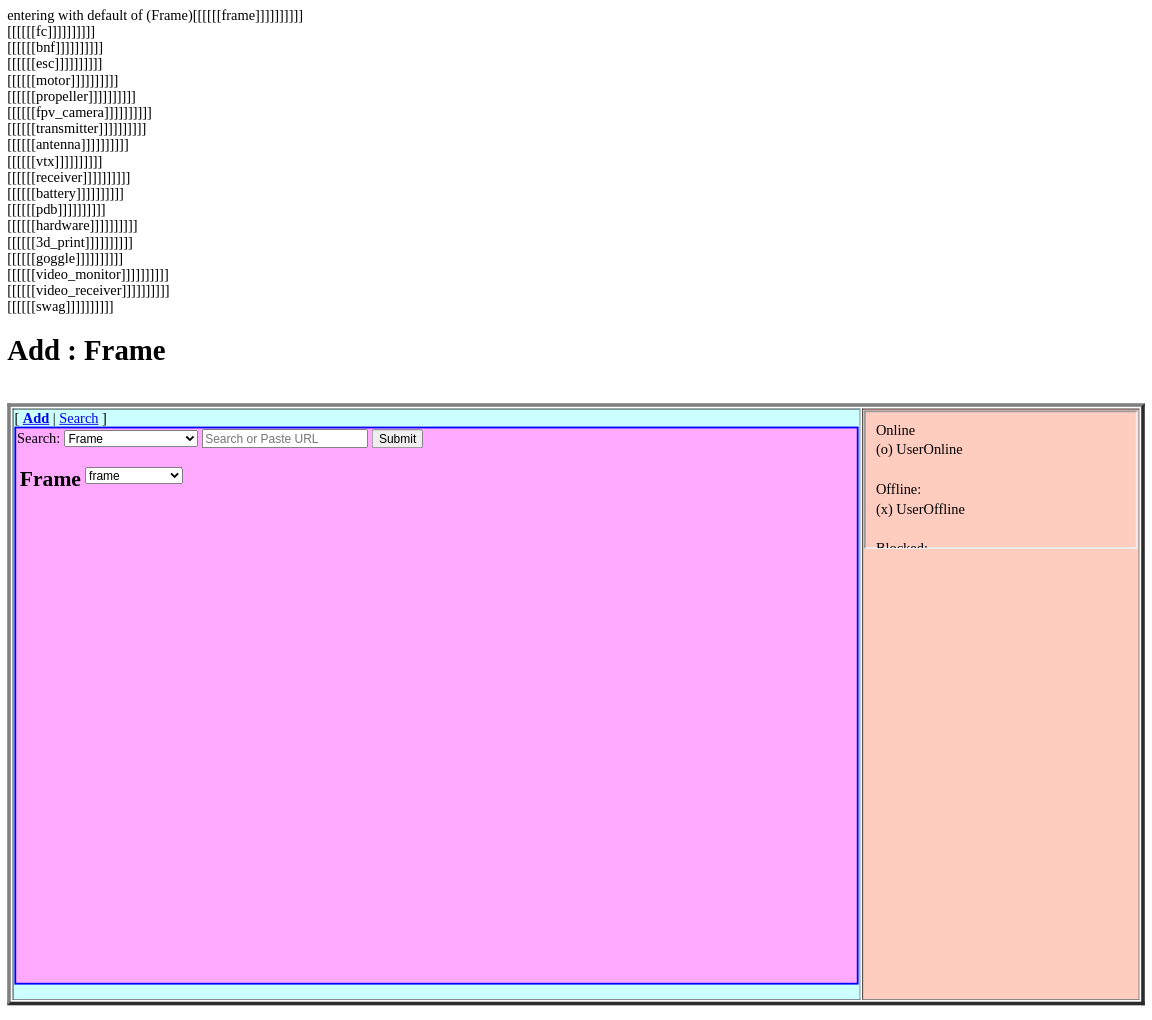
Repository: nevinleiby/SwapRC
Page: http://localhost/add_interface.php
These files come from the project's save history. The page is drawn as it stood at one moment and after the next save; the edit follows.
The browser window is 1280 px wide. The pictures show the whole page, at 90% of full size.
The page is run by PHP 8.4 with error messages shown; the project is at /var/www/html/. Queries for data that is not in the repository find no rows.

Above is the page before, as saved 2019-09-09 12:04:02.
Console error (its wording comes from the project's code and is left out).

### add_interface.php
<?php
    require_once 'login_cobalt.php';
    $connection = new mysqli($hn, $un, $pw, $db);
    if ($connection->connect_error) die ("Fatal Error");

    //$categories =    array (
    //        'frame',
    //        'fc',
    //        'bnf',
    //        'esc',
    //        'motor',
    //        'propeller',
    //    'fpv_camera',
    //    'transmitter',
    //    'antenna',
    //    'vtx',
    //    'receiver',
    //    'battery',
    //    'pdb',
    //    'hardware',
    //    '3d_print',
    //    'goggle',
    //    'video_monitor',
    //    'video_receiver',
    //    'swag'
    //);


    // Define categories:
    $categories =    [
        'frame' => 'frame',
        'fc' => 'fc',
        'bnf' => 'bnf',
        'esc' => 'esc',
        'motor' => 'motor',
        'propeller' => 'propeller',
        'fpv_camera' => 'fpv_camera',
        'transmitter' => 'transmitter',
        'antenna' => 'antenna',
        'vtx' => 'vtx',
        'receiver' => 'receiver',
        'battery' => 'battery',
        'pdb' => 'pdb',
        'hardware' => 'hardware',
        '3d_print' => '3d_print',
        'goggle' => 'goggle',
        'video_monitor' => 'video_monitor',
        'video_receiver' => 'video_receiver',
        'swag' => 'swag'   ,
    ];


    //echo '==================' . isset($_POST['category']) . '=================<br>';
    if (isset($_POST['category']))
    {
        $q_category = $_POST['category'];
        $q_category = strip_tags($q_category);

        switch ($q_category)
        {
            case "frame":
                $table_name = 'frame';
                break;
            case "fc":
                $table_name = 'fc';
                break;
            case "bnf":
                $table_name = 'bnf';
                break;
            case "esc":
                $table_name = 'esc';
                break;
            case "motor":
                $table_name = 'motor';
                break;
            case "propeller":
                $table_name = 'propeller';
                break;
            case "fpv_camera":
                $table_name = 'fpv_camera';
                break;
            case "transmitter":
                $table_name = 'transmitter';
                break;
            case "antenna":
                $table_name = 'antenna';
                break;
            case "vtx":
                $table_name = 'vtx';
                break;
            case "receiver":
                $table_name = 'receiver';
                break;
            case "battery":
                $table_name = 'battery';
                break;
            case "pdb":
                $table_name = 'pdb';
                break;
            case "hardware":
                $table_name = 'hardware';
                break;
            case "3d_print":
                $table_name = '3d_print';
                break;
            case "goggle":
                $table_name = 'goggle';
                break;
            case "3d_print":
                $table_name = '3d_print';
                break;
            case "video_monitor":
                $table_name = 'video_monitor';
                break;
            case "video_receiver":
                $table_name = 'video_receiver';
                break;
            case "swag":
                $table_name = 'swag';
                break;
            default:
                $table_name = 'frame';
                break;
        }
    }
    else
    {
        $table_name = 'frame';
    }
    $category = ucfirst ($table_name);

    //echo '--------------9' . $table_name . '9---------------<br>';


    $query = "SELECT * FROM $table_name";
    $result = $connection->query($query);

    if (! $result) die ("Fatal Error");
    $number_of_rows = $result->num_rows;
    //echo "((($row)))<br>";


    //echo "<br><br>STARTING DATA EXTRACTION [<br>";


    // Step through each result:
    //for ($j = 0; $j < $rows ; ++$j)
    //{
    //   $result->data_seek($j);
    //    //echo .htmlspecialchars ($result->fetch_assoc()['test']) . '<br>';
    //    echo "((" . htmlspecialchars($result->fetch_assoc()['frequency']) . '))<br>';
    //    $result->data_seek($j);
    //    echo "((" . htmlspecialchars($result->fetch_assoc()['number_of_channels']) . '))<br>';
    //}


    //// Step through each result:
    for ($j = 0; $j < $number_of_rows ; ++$j)
    {
        $row = $result->fetch_array(MYSQLI_NUM);

        //echo "((" . htmlspecialchars($row['frequency']) . '))<br>';
        //echo print_f($row);
        for ($item = 0; $item < 10; ++$item)
        {
            echo "Item $item: " . htmlspecialchars($row[$item]) . "<br>\n";
        }

    }
    //echo "]ENDED EXTRACTION<br>";



    /////////////////////////////////////////////////////////////////////////////////////////////////////////////
    /////////////////////////////////////////////////////////////////////////////////////////////////////////////
    /////////////////////////////////////////////////////////////////////////////////////////////////////////////

    //////////////////////////////
    // TRY TO GET TABLE COLUMNS
    //    https://www.codexworld.com/how-to/get-column-names-from-table-in-mysql-php/
    //
    // Ultimately worked by following:
    //    https://stackoverflow.com/questions/4165195/mysql-query-to-get-column-names/4165253
    /////////////////////////////


    // Query to get columns from table
    //$result = $connection->query("SELECT COLUMN_NAME FROM INFORMATION_SCHEMA.COLUMNS WHERE TABLE_SCHEMA = '$db' AND TABLE_NAME = '$table_name'");

    // single column name:
    //$next_row = $result->fetch_assoc();
    //echo $next_row;

    //$next_row = $result->fetch_assoc();
    //echo "<br>ROW: |$next_row|<br>";
    //foreach ($next_row as $column_name)

    //only grabs the first column name:
    //foreach ($next_row = $result->fetch_assoc() as $column_name)
    //{
    //    //$result[] = $next_row;
    //    echo "<br>ROW: |$next_row|[$column_name]<br>";
    //    foreach ($next_row as $column_name_item)
    //    {
    //        echo "-----|$column_name_item|----<br>";
    //    }
    //}

    // Only selects the first column name:
    //foreach ($next_row = $result->fetch_assoc() as $column_name)
    //{
    //    $columns[] = $next_row;
    //    echo "<br>=|$next_row|=<br>";
    //    echo "<br>=|" . $columns[0] . "|=<br>";
    //    print_r ($columns);

    //    // Still grabs only first column name:
    //    //foreach ($columns as $column_name)
    //    //{
    //    //    echo "-=|$column_name|=-<br>";
    //    //}

    //   for ($column_number = 0; $column_number <= 2; $column_number++)
    //    {
    //        echo "====*" . $columns[$column_number] . "*======<br>";
    //    }
    //}


    ///////////// WORKS!!!!!!!!!!!!!!!!!!!!!!!!!!!!
    /// https://stackoverflow.com/questions/4165195/mysql-query-to-get-column-names/4165253
    //$sql = "SHOW COLUMNS FROM $table_name";
    //$result = mysqli_query($connection,$sql);
    //while($row = mysqli_fetch_array($result)){
    //    echo $row['Field']."<br>";
    //}


    // Grab each column name:
    //     (likely could be optomized by INFORMATION_SCHEMA.COLUMNS WHERE TABLE_SCHEMA methology)
    //
    // WORKS!!!!!
    /// https://stackoverflow.com/questions/4165195/mysql-query-to-get-column-names/4165253

    $query = "SHOW COLUMNS FROM $table_name";
    $result = $connection->query($query);

    $search_input_text = '';
    while($row = mysqli_fetch_array($result))
    {
        //echo $row['Field']."<br>";
        //echo '<input onClick="this.select();" type=text name="' . $row['Field'] . '" placeholder="' . $row['Field'] . '"><br>';
        $search_input_text .= '<input onClick="this.select();" type=text name="' . $row['Field'] . '" placeholder="' . $row['Field'] . '"><br>';
    }


    // Read all of the column names:
    //foreach ($next_row = $result->fetch_assoc())
    //{
    //    echo $next_row;
    //}


    //while ($next_row = $result->fetch_assoc())
    //{
    //    $result[] = $next_row;
    //    echo $next_row;
    //}

    // Array of all column names
    //$columnArr = array_column($result, 'COLUMN_NAME');

    /////////////////////////////////////////////////////////////////////////////////////////////////////////////
    /////////////////////////////////////////////////////////////////////////////////////////////////////////////
    /////////////////////////////////////////////////////////////////////////////////////////////////////////////


    // Now generate the available options:
    $select_options_text = select_item($category, $categories);






    $result->close();
    $connection->close();

    ///////////////////////////////////
    // Function definitions
    ///////////////////////////////////
    function get_post ($connection, $var)
    {
        return $connection->real_escape_string($_POST[$var]);
    }


    function select_item ($category, &$categories)
    {

            //echo "category=($category), categories=(" . $categories['vtx'] . ')<br>';
            echo "entering with default of ($category)";

            $return_text = '';
            //foreach ($categories as &$curr_category)
            //for ($i = 0; $i <= $categories; $i++)
            //for ($i = 0; $i <= 2; $i++)
            foreach ($categories as $curr_category)
            {
                $curr_category = $categories[$curr_category];
                //$curr_category = $categories[$i];
                //echo '[[[[' . $categories[2] . ']]]';
                echo '[[[[[[' . $categories[$curr_category] . ']]]]]]]]]]<br>';

                $return_text .= '<option value = "' . $curr_category . '"';

                if ($curr_category == $category)
                {
                    $return_text .= ' SELECTED ';
                    echo 'SELECTED ' . $curr_category . "<br>";

                }

                $return_text .= '>' . $curr_category . '</option>' ."\n";
            }

            return $return_text;
    }



    function add_item ($category)
    {
        switch ($category)
        {
            case "frame":

                break;
            case "fc":

                break;
            case "bnf":

                break;
            case "esc":
                break;
            case "motor":

                break;
            case "propeller":

                break;
            case "fpv_camera":

                break;
            case "transmitter":

                break;
            case "antenna":

                break;
            case "vtx":

                break;
            case "receiver":

                break;
            case "battery":

                break;
            case "pdb":

                break;
            case "hardware":

                break;
            case "3d_print":

                break;
            case "goggle":

                break;
            case "3d_print":

                break;
            case "video_monitor":

                break;
            case "video_receiver":

                break;
            case "swag":

                break;
            default:

                break;
        }
    }




echo <<<_END
<html>
    <title>
        SwapRC:Add
    </title>
    <body>
            <h1>Add : $category</h1>
            <form action="add_interface.php" method="post">

            <br>
            <table border=4 width=100% height=95%>
                <tr border=4 height=95%>
                    <td width = 80% border=2 bgcolor="#ccffff" valign=top height=95%>
                        [
                        <b><a href="./add_interface.php">Add</a></b> |
                        <a href="./search_interface.php">Search</a>
                        ]


                        <br>
                        <table width=100% height=95% bgcolor=blue>
                            <tr height=95% style="height:95%">
                                <td valign=top bgcolor="#ffaaff" style="height:95%">
                                    Search:
                                    <select name="category">
                                            <option value = "frame">Frame</option>
                                            <option value = "fc">Flight Controller</option>
                                            <option value = "esc">ESC</option>
                                            <option value = "motor">Motors</option>
                                            <option value = "propeller">Propeller</option>
                                            <option value = "fpv_camera">FPV Camera</option>
                                            <option value = "transmitter">Transmitter</option>
                                            <option value = "antenna">Antenna</option>
                                            <option value = "vtx">VTX</option>
                                            <option value = "receiver">Receiver</option>
                                            <option value = "battery">Battery</option>
                                            <option value = "pdb">PDB</option>
                                            <option value = "hardware">Hardware</option>
                                            <option value = "3d_print">3D Prints</option>
                                            <option value = "goggle">FPV Goggles</option>
                                            <option value = "bnf">BNF frames</option>
                                            <option value = "video_monitor">FPV Video Monitors</option>
                                            <option value = "video_receiver">FPV Video Receivers</option>
                                            <option value = "swag">Swag</option>
                                    </select>
                                    <input onClick="this.select(); type=text name="Name" placeholder="Search or Paste URL">
                                    <input type=submit name="submit">

                                    <br><br>
                                    <table>
                                        <tr>
                                            <td valign=top>
                                                <h2>$category</h2>
                                            </td>
                                            <td valign=top>
                                                $search_input_text



                                                <select name="category2">
                                                    $select_options_text
                                                </select>
                                            </td>
                                        </tr>
                                    </table>

                                </td>




                            </tr>
                        </table>
                        </form>

                    </td>
                    <td border=2 bgcolor="ffccccc" valign=top height=95%>
                        <frameset>
                            <iframe src="./frame_users.html">
                        </frameset>
                    </td>
                </tr>
            </table>
    </body>

</html>
_END;
?>

### login_cobalt.php
<?php
    // login_cobalt.php
    $hn = 'localhost';
    $db = 'swaprc';
    $un = 'nevin';
    $pw = 'kdie4all';
?>

### frame_users.html
<html>
    <title>
        SwapRC : Users
    </title>
    <body>
        <table>
            <tr><td>Online</td></tr>
            <tr><td>(o) UserOnline</td></tr>

            <tr><td>&nbsp;</td></tr>
            <tr><td>Offline:</td></tr>
            <tr><td>(x) UserOffline</td></tr>

            <tr><td>&nbsp;</td></tr>
            <tr><td>Blocked:</td></tr>
            <tr><td>(b) UserBlocked</td></tr>

        </table>
    </body>
</html>

After the next save:
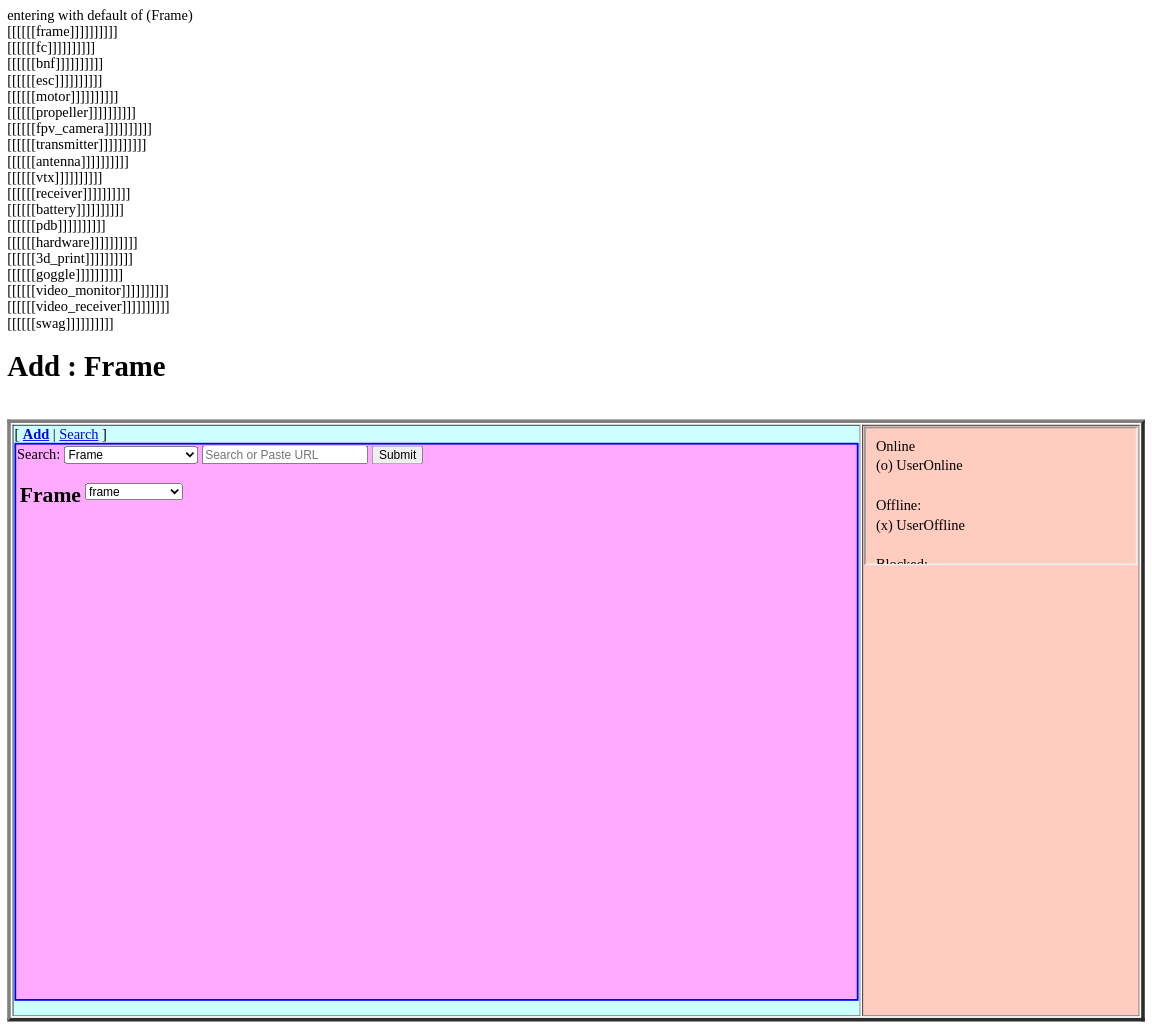
Saved 22 s later.
--- a/add_interface.php
+++ b/add_interface.php
@@ -310,14 +310,14 @@
                 $curr_category = $categories[$curr_category];
                 //$curr_category = $categories[$i];
                 //echo '[[[[' . $categories[2] . ']]]';
-                echo '[[[[[[' . $categories[$curr_category] . ']]]]]]]]]]<br>';
+                echo '<br>[[[[[[' . $categories[$curr_category] . ']]]]]]]]]]';
 
                 $return_text .= '<option value = "' . $curr_category . '"';
 
                 if ($curr_category == $category)
                 {
                     $return_text .= ' SELECTED ';
-                    echo 'SELECTED ' . $curr_category . "<br>";
+                    echo '<br>SELECTED ' . $curr_category . "<br>";
 
                 }
 
